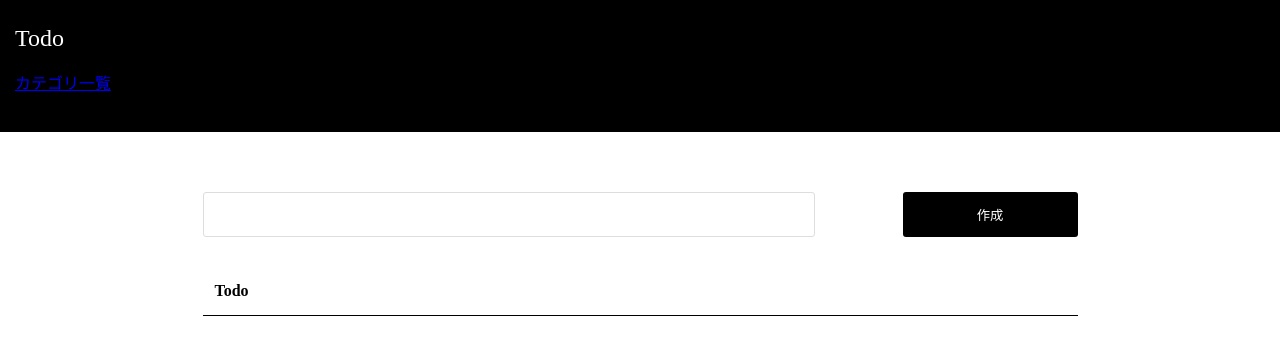
Repository: mayu-ya/todo4
Page: http://localhost/
The author's editor kept a copy of each file at every save. The page is drawn from the files as they stood at one save, then again after the next save.
The browser window is 1280 px wide. The pictures show the whole page.
The page is served by the project's Laravel application, run on PHP 8.4 with Laravel 8. Queries for data that is not in the repository find no rows.

Above is the page before, as saved 2026-01-13 15:46:37.

After the next save:
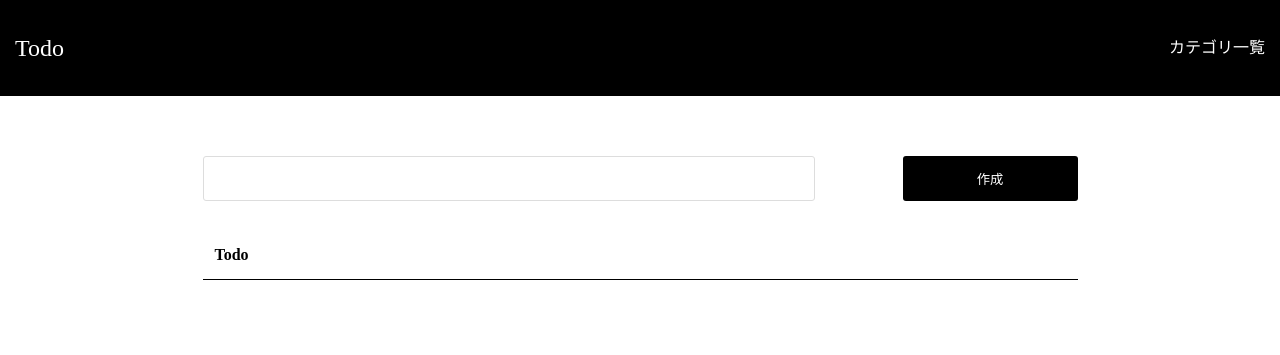
Saved 2 min 14 s later.
--- a/src/public/css/common.css
+++ b/src/public/css/common.css
@@ -9,6 +9,12 @@
     padding: 20px 15px;
 }
 
+.header-utilities {
+    display: flex;
+    align-items: center;
+    justify-content: space-between;
+}
+
 .header-logo {
     display: block;
     font-size: 24px;
@@ -16,3 +22,8 @@
     text-decoration: none;
     cursor: pointer;
 }
+
+.header-nav_link {
+    color: #fff;
+    text-decoration: none;
+}
